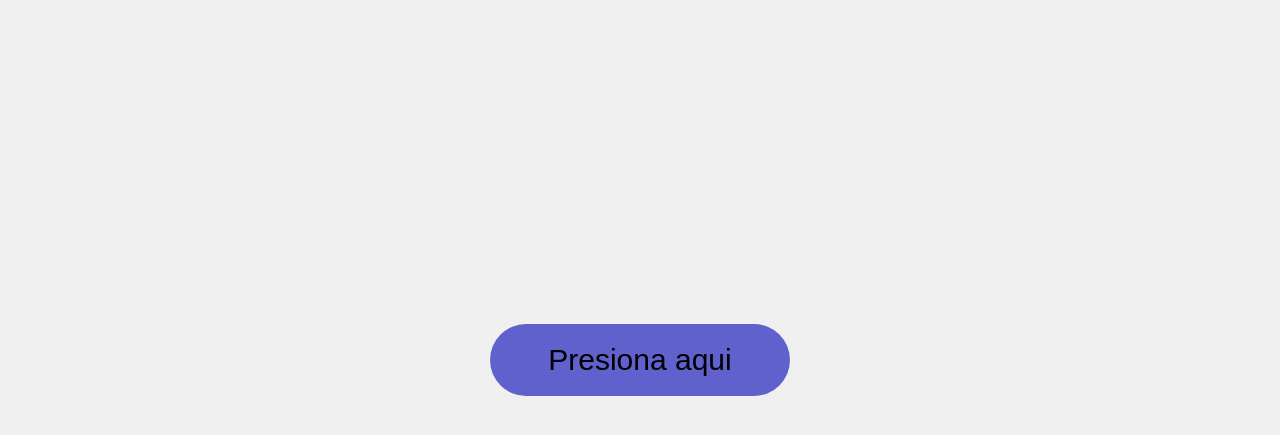
Repository: ye909/secreto
Page: inicio.html
An editor plug-in stored every save of this project. The page is shown before and after the next save, followed by the edit.
The browser window is 1280 px wide. The pictures show the whole page.

Above is the page before, as saved 2025-02-20 21:35:28.

After the next save:
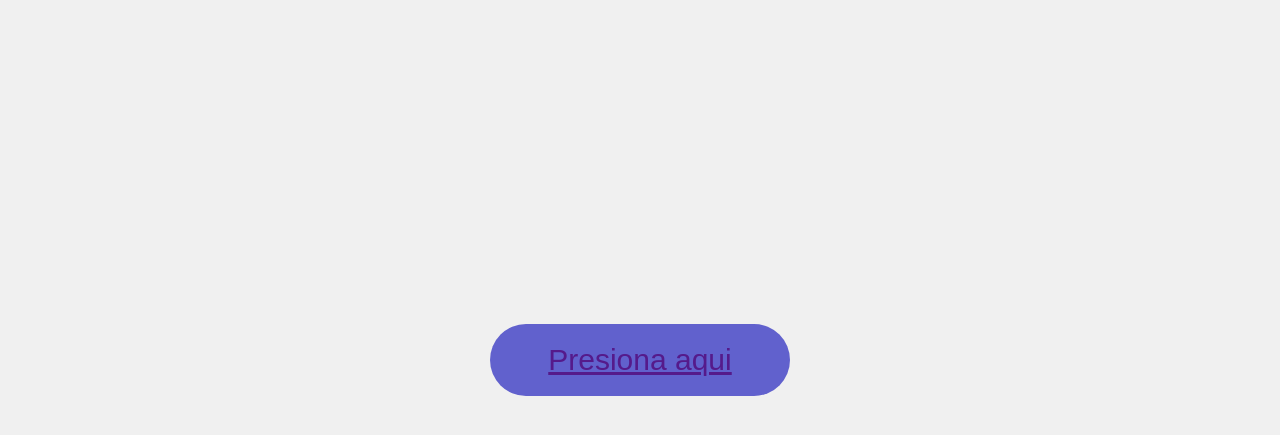
Saved 37 s later.
--- a/inicio.html
+++ b/inicio.html
@@ -9,7 +9,7 @@
           <div class="container">
             <h1 id="message">¡Bienvenido al Juego del Amigo Secreto!</h1>
         </div>
-    <button id="btn">Presiona aqui</button>
+    <button id="btn"><a href="">Presiona aqui</a></button>
 
   <script src="inicio.js"></script>
 </body>
